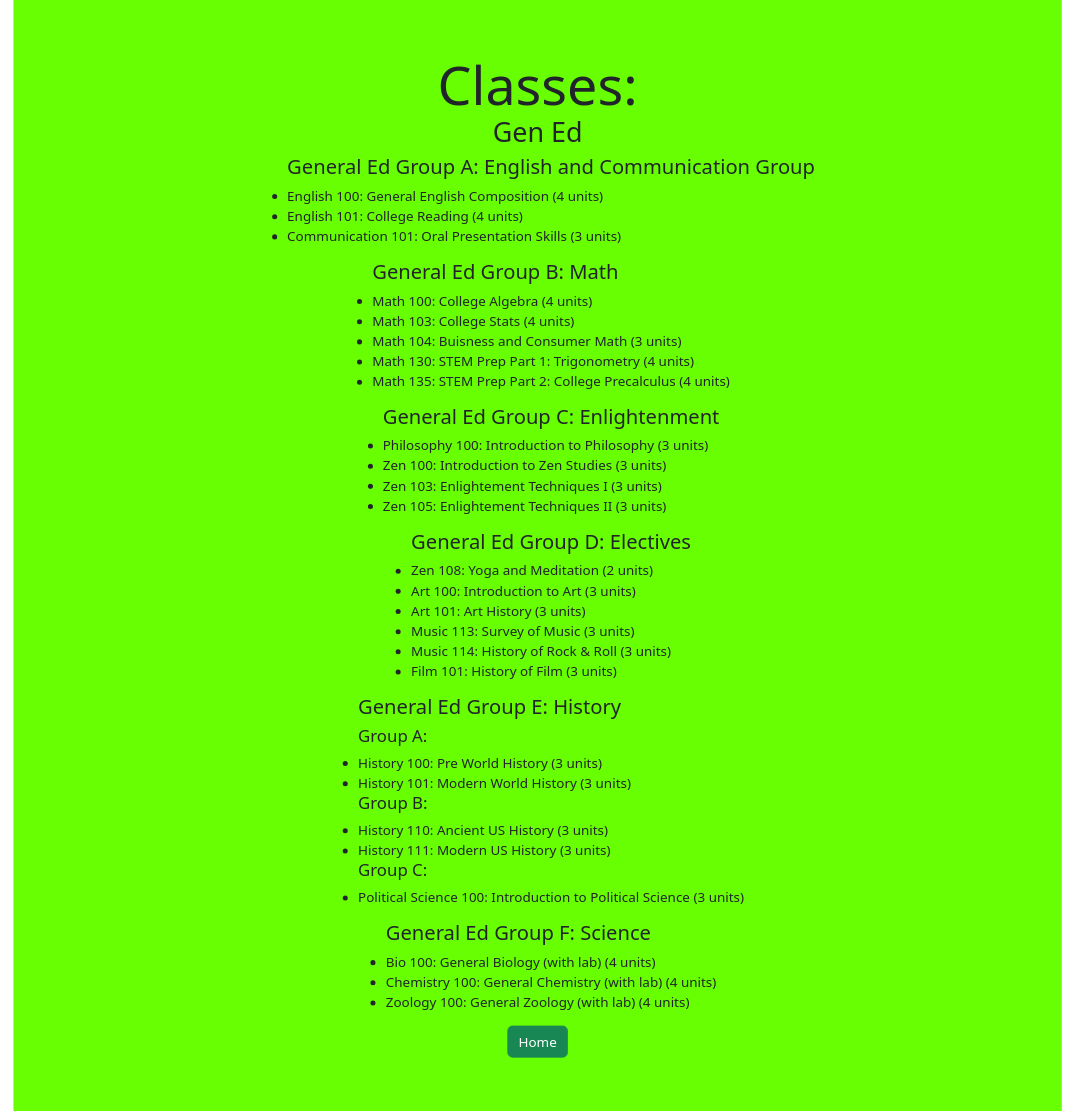
Repository: collegedude9300/zenschool
Page: /Classes
The author's editor kept a copy of each file at every save. The page is drawn from the files as they stood at one save, then again after the next save.
The browser window is 1280 px wide. The pictures show the whole page, at 84% of full size.
The project was rebuilt for these pictures with package versions that can differ from the ones it lists, and the page was loaded fresh each time. The framework's server and built-in components were replaced by stand-ins that run in the browser. Also part of the build but not shown: next.config.js.

Above is the page before, as saved 2023-12-28 12:18:25.

After the next save:
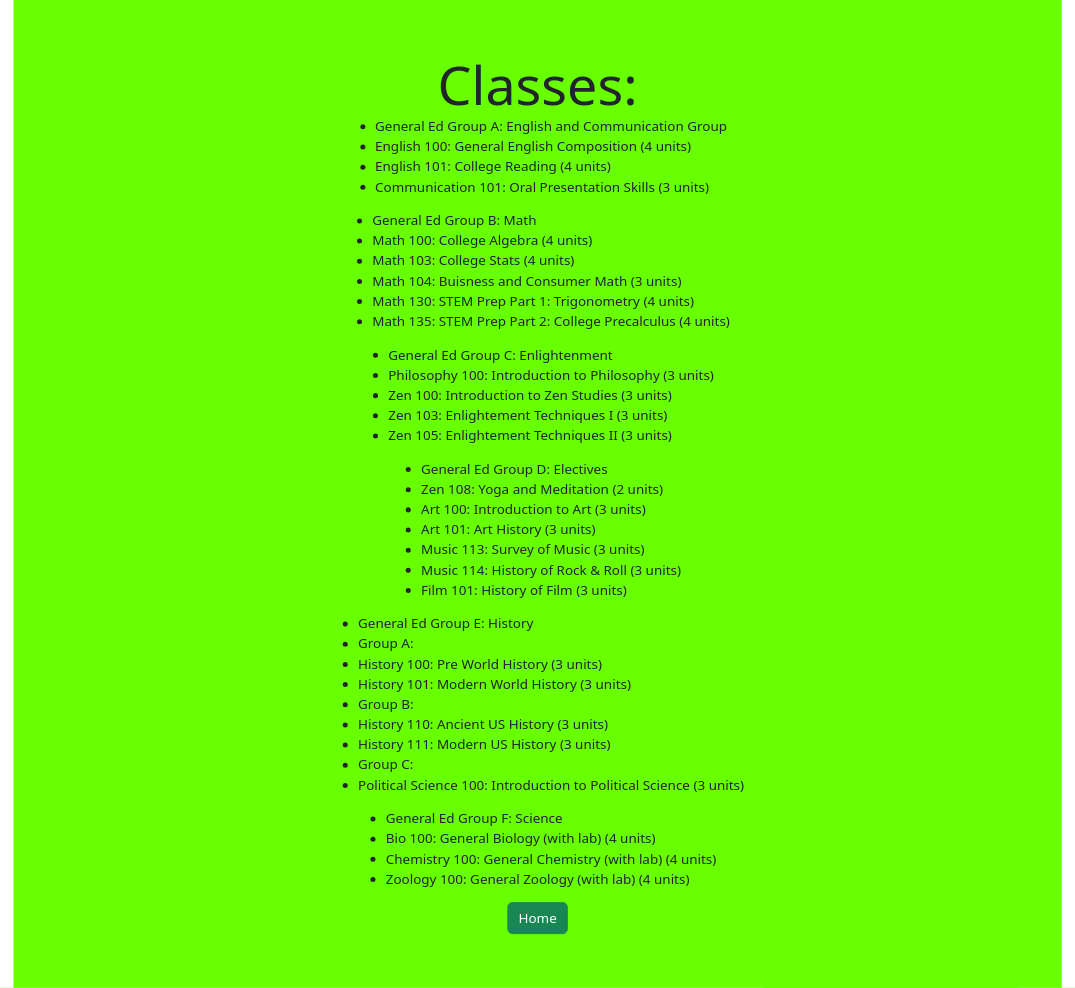
Saved 2 min 33 s later.
--- a/pages/Classes.js
+++ b/pages/Classes.js
@@ -1,3 +1,4 @@
+import React from 'react';
 /* eslint-disable @next/next/no-html-link-for-pages */
 import Head from 'next/head'
 import Image from 'next/image'
@@ -16,56 +17,55 @@ export default function Classes() {
         <h1 className={styles.title}>
           Classes:
         </h1>
-    <h2> Gen Ed</h2>
         <ul>
-    <h4>General Ed Group A: English and Communication Group </h4>
-   <li> English 100: General English Composition (4 units)</li>
-    <li> English 101: College Reading  (4 units)</li>
-    <li> Communication 101: Oral Presentation Skills (3 units) </li>
-    </ul>
-       <ul>
-       <h4>General Ed Group B: Math </h4>
-    <li> Math 100: College Algebra (4 units) </li>
-    <li> Math 103: College Stats (4 units) </li>
-    <li> Math 104: Buisness and Consumer Math (3 units) </li>
-    <li> Math 130: STEM Prep Part 1: Trigonometry (4 units) </li>
-    <li> Math 135:  STEM Prep Part 2: College Precalculus (4 units) </li>
-    </ul>
-    <ul>
-    <h4>General Ed Group C: Enlightenment </h4>
-    <li> Philosophy 100: Introduction to Philosophy (3 units)</li>
-    <li> Zen 100: Introduction to Zen Studies (3 units) </li>
-    <li> Zen 103: Enlightement Techniques I (3 units) </li>
-    <li> Zen 105: Enlightement Techniques II (3 units) </li>
-    </ul>
-    <ul>
-    <h4>General Ed Group D: Electives </h4>
-    <li> Zen 108:  Yoga and Meditation (2 units) </li>
-    <li> Art 100: Introduction to Art (3 units)</li>
-    <li> Art 101: Art History (3 units) </li>
-    <li> Music 113: Survey of Music  (3 units)</li>
-    <li> Music 114: History of Rock & Roll (3 units) </li>
-    <li> Film 101: History of Film (3 units) </li>
-    </ul>
-    <ul>
-    <h4>General Ed Group E: History </h4>
-    <h5> Group A:</h5>
-    <li> History 100: Pre World History (3 units) </li>
-    <li> History 101: Modern World History (3 units) </li>
-    <h5> Group B:</h5>
-    <li> History 110: Ancient US History (3 units) </li>
-    <li> History 111: Modern US History (3 units) </li>
-    <h5> Group C:</h5>
-    <li> Political Science 100: Introduction to Political Science (3 units) </li>
-    </ul>
-    <ul>
-    <h4>General Ed Group F: Science </h4>
-    <li> Bio 100: General Biology (with lab) (4 units) </li>
-    <li> Chemistry 100: General Chemistry (with lab) (4 units)</li>
-    <li> Zoology 100: General Zoology (with lab) (4 units)</li>
-    </ul>
-    <Link legacyBehavior href="/">
-        <a className="btn btn-success">Home</a>
+          <li className={styles.group}>General Ed Group A: English and Communication Group</li>
+          <li>English 100: General English Composition (4 units)</li>
+          <li>English 101: College Reading (4 units)</li>
+          <li>Communication 101: Oral Presentation Skills (3 units)</li>
+        </ul>
+        <ul>
+          <li className={styles.group}>General Ed Group B: Math</li>
+          <li>Math 100: College Algebra (4 units)</li>
+          <li>Math 103: College Stats (4 units)</li>
+          <li>Math 104: Buisness and Consumer Math (3 units)</li>
+          <li>Math 130: STEM Prep Part 1: Trigonometry (4 units)</li>
+          <li>Math 135: STEM Prep Part 2: College Precalculus (4 units)</li>
+        </ul>
+        <ul>
+          <li className={styles.group}>General Ed Group C: Enlightenment</li>
+          <li>Philosophy 100: Introduction to Philosophy (3 units)</li>
+          <li>Zen 100: Introduction to Zen Studies (3 units)</li>
+          <li>Zen 103: Enlightement Techniques I (3 units)</li>
+          <li>Zen 105: Enlightement Techniques II (3 units)</li>
+        </ul>
+        <ul>
+          <li className={styles.group}>General Ed Group D: Electives</li>
+          <li>Zen 108: Yoga and Meditation (2 units)</li>
+          <li>Art 100: Introduction to Art (3 units)</li>
+          <li>Art 101: Art History (3 units)</li>
+          <li>Music 113: Survey of Music (3 units)</li>
+          <li>Music 114: History of Rock & Roll (3 units)</li>
+          <li>Film 101: History of Film (3 units)</li>
+        </ul>
+        <ul>
+          <li className={styles.group}>General Ed Group E: History</li>
+          <li className={styles.subGroup}>Group A:</li>
+          <li>History 100: Pre World History (3 units)</li>
+          <li>History 101: Modern World History (3 units)</li>
+          <li className={styles.subGroup}>Group B:</li>
+          <li>History 110: Ancient US History (3 units)</li>
+          <li>History 111: Modern US History (3 units)</li>
+          <li className={styles.subGroup}>Group C:</li>
+          <li>Political Science 100: Introduction to Political Science (3 units)</li>
+        </ul>
+        <ul>
+          <li className={styles.group}>General Ed Group F: Science</li>
+          <li>Bio 100: General Biology (with lab) (4 units)</li>
+          <li>Chemistry 100: General Chemistry (with lab) (4 units)</li>
+          <li>Zoology 100: General Zoology (with lab) (4 units)</li>
+        </ul>
+        <Link passHref href="/">
+          <button className="btn btn-success">Home</button>
         </Link>
       </main>
     </div>
